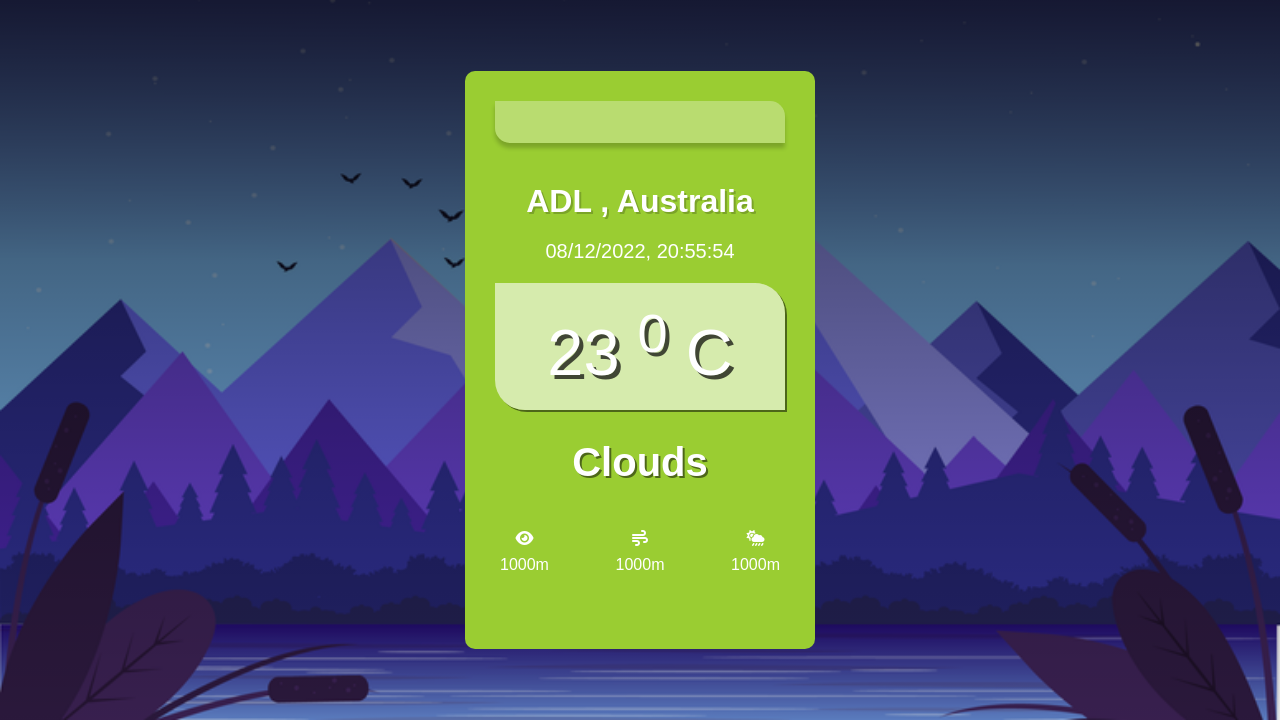
Repository: andrewhuynh561/weather-app-1
Page: index.html
The author's editor kept a copy of each file at every save. The page is drawn from the files as they stood at one save, then again after the next save.
The browser window is 1280 px wide. The pictures show the whole page.

Above is the page before, as saved 2022-12-08 21:23:32.

After the next save:
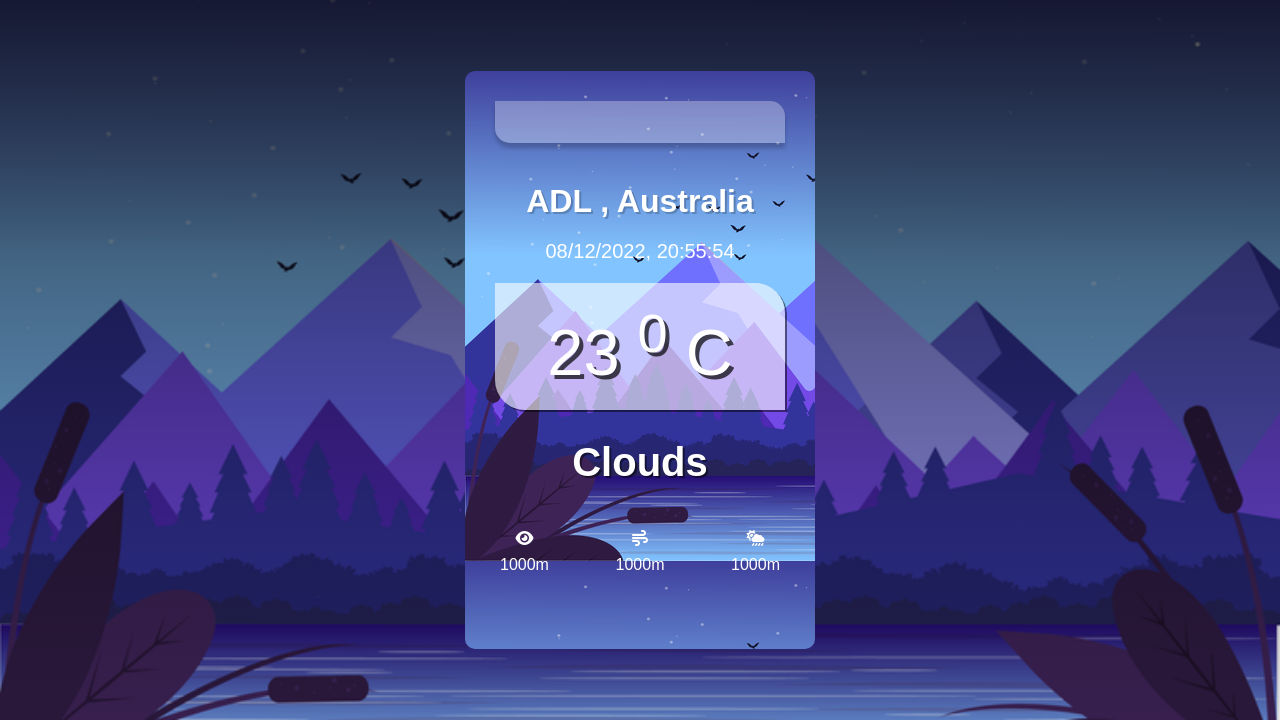
Saved 98 s later.
--- a/style.css
+++ b/style.css
@@ -16,7 +16,7 @@ body{
     width: 350px;
     border-radius:10px ;
     padding: 30px 30px;
-    background: yellowgreen;
+    background: url(./image/222.png);
 }
 
 .search{
@@ -38,6 +38,7 @@ body{
     text-align: center;
     color: white;
     margin: 40px 0;
+
 }
 .capital{
     text-shadow: 2px 2px rgba(0,0,0,0.2);
